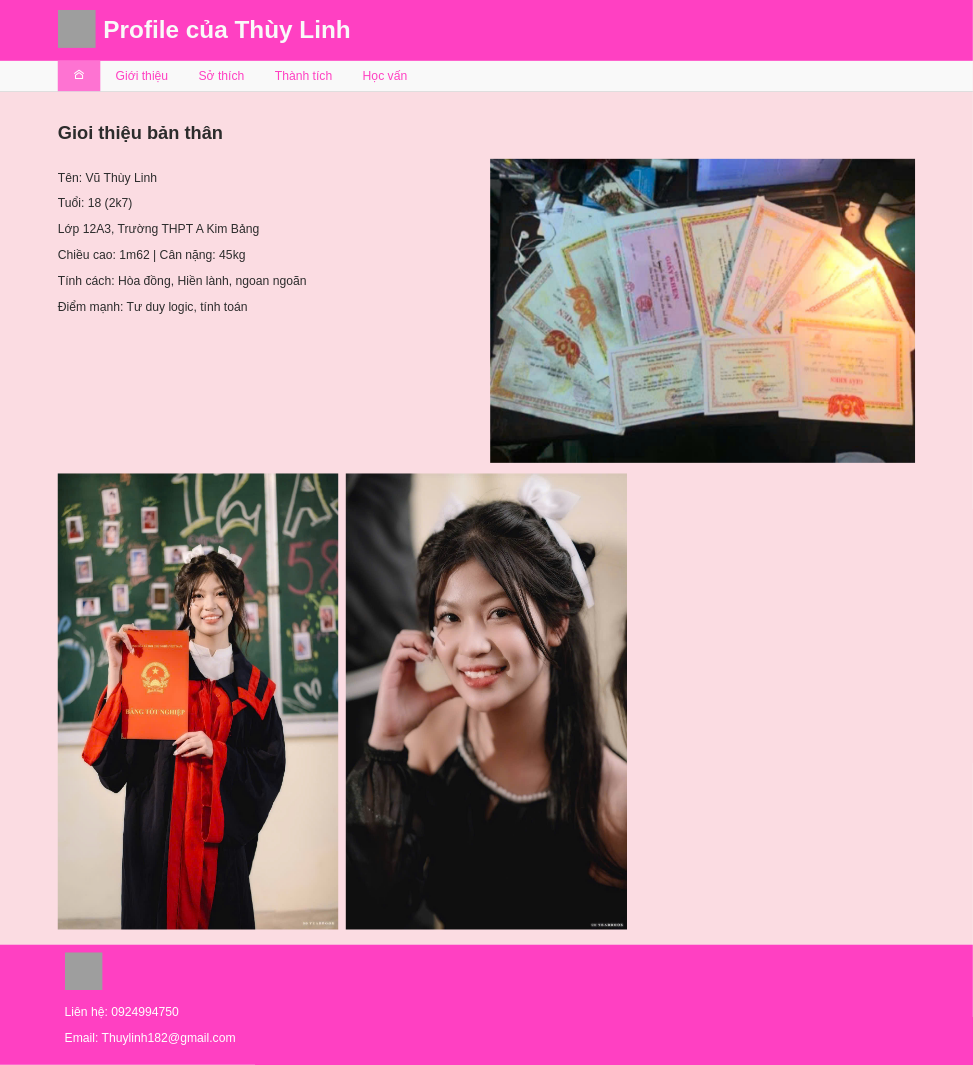
Repository: DucLong-PD07979/profile-vu-thuy-linh
Page: ban-than.html
These files come from the project's save history. The page is drawn as it stood at one moment and after the next save; the edit follows.
The browser window is 1280 px wide. The pictures show the whole page, at 76% of full size.
Pictures or frames that could not be fetched are drawn as grey boxes.

Above is the page before, as saved 2025-03-08 21:33:34.
Not found: script.js

After the next save:
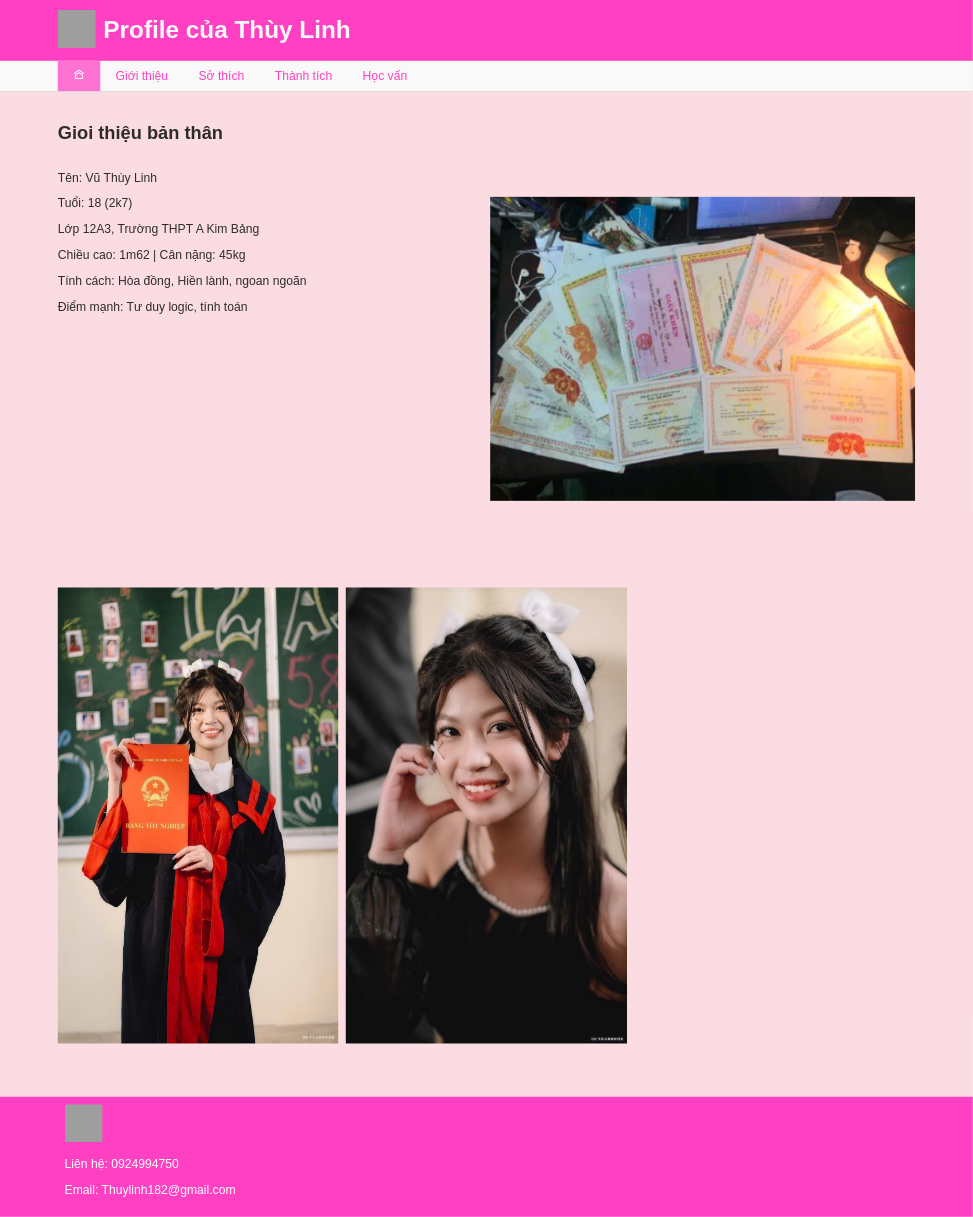
Saved 10 s later.
--- a/css/main.css
+++ b/css/main.css
@@ -162,6 +162,7 @@ nav ul li:hover .menu-children {
 .introduce-section-content img {
     width: 100%;
     height: 600px;
+    margin: 50px 0;
 }
 
 footer {
